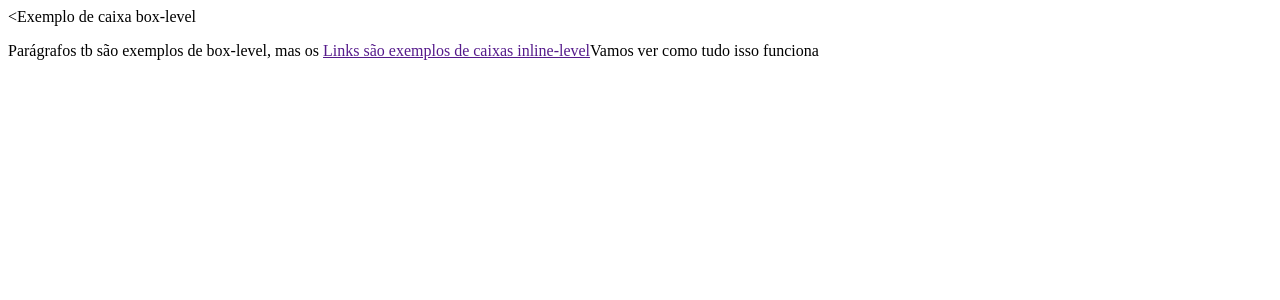
Repository: DorivalJunior14/exercicios
Page: ex.caixas.html/ex.caixas.html
These files come from the project's save history. The page is drawn as it stood at one moment and after the next save; the edit follows.
The browser window is 1280 px wide. The pictures show the whole page.

Above is the page before, as saved 2021-05-12 15:59:24.

After the next save:
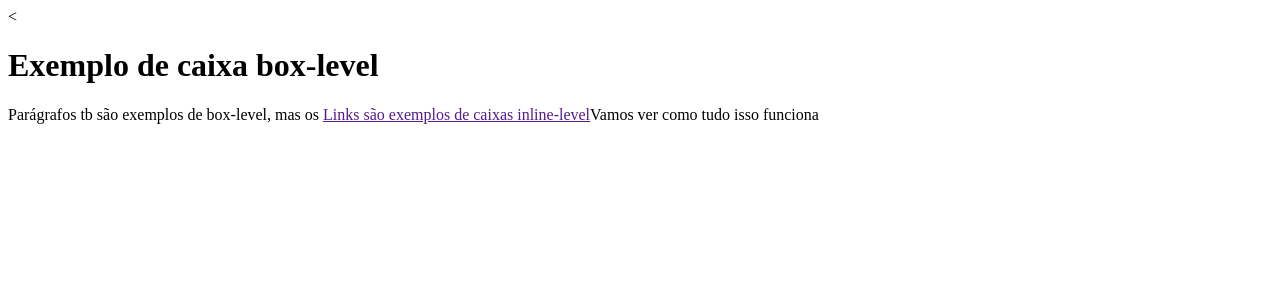
Saved 11 s later.
--- a/ex.caixas.html/ex.caixas.html
+++ b/ex.caixas.html/ex.caixas.html
@@ -5,7 +5,7 @@
     <meta name="viewport" content="width=device-width, initial-scale=1.0">
     <title>Modelos de Caixas</title>
 </head>
-<<body
+<<body>
 
     <h1>Exemplo de caixa box-level</h1>
     <p>Parágrafos tb são exemplos de box-level, mas os <a href="">Links são exemplos de caixas inline-level</a>Vamos ver como tudo isso funciona</p>
